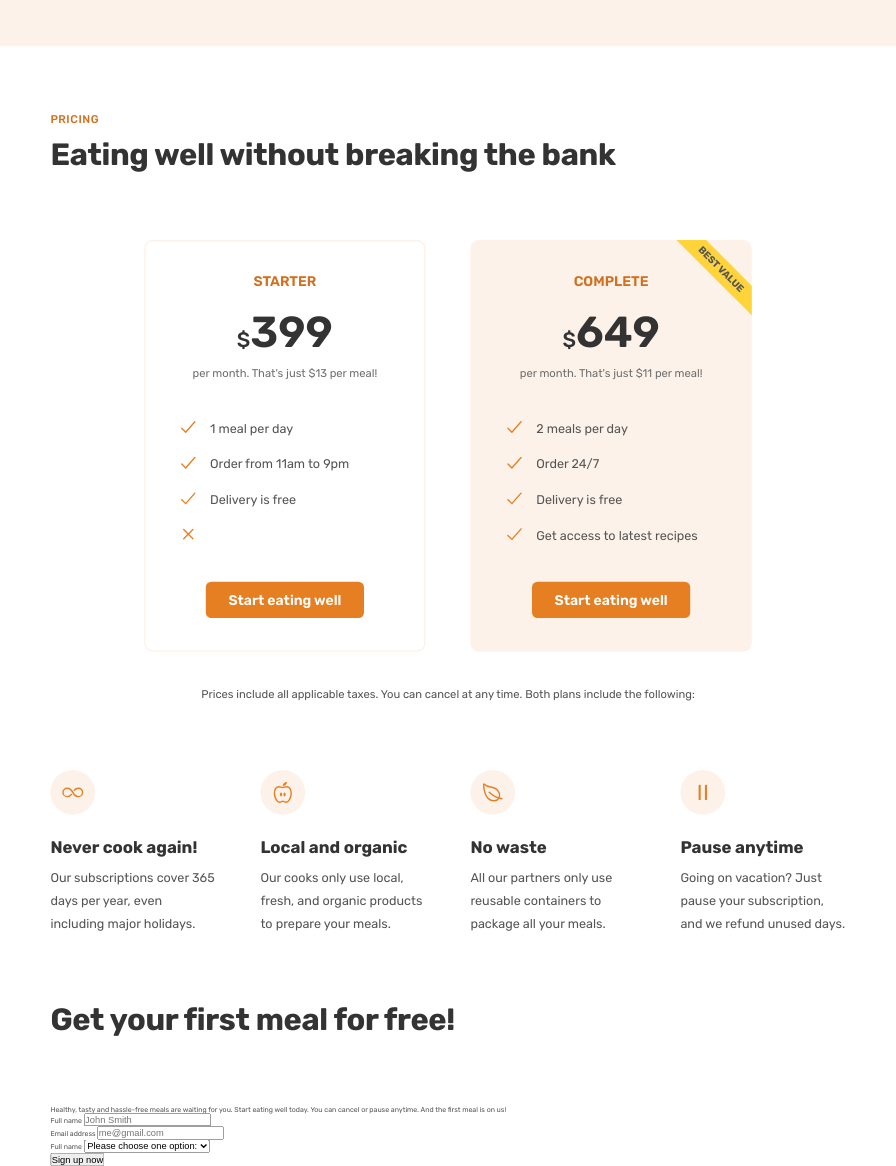
Repository: TranPhucThinh/Omnifood
Page: index.html
An editor plug-in stored every save of this project. The page is shown before and after the next save, followed by the edit.
The browser window is 1280 px wide. The pictures show the part of the page from y = 4580 to 6500 px (the page is 6246 px tall before and 7248 px after), at 70% of full size.

Above is the page before, as saved 2022-08-06 23:58:32.

After the next save:
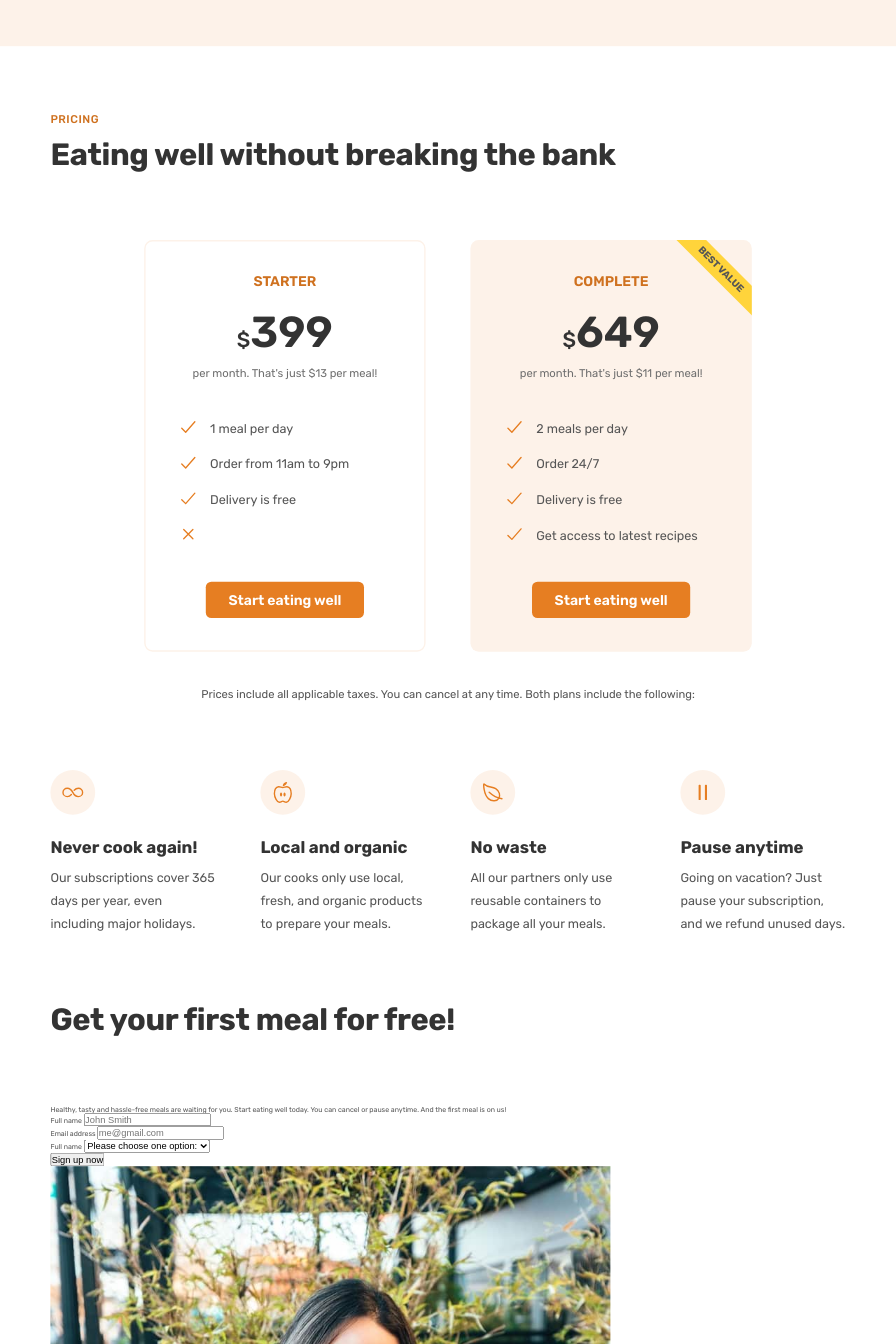
Saved 112 s later.
--- a/index.html
+++ b/index.html
@@ -459,7 +459,9 @@
                 </div>
                 </form>
             </div>
-            <div class="cta-img-box"></div>
+            <div class="cta-img-box">
+                <img src="./assets/imgs/eating.jpg" alt="The woman is eating" class="cta-img">
+            </div>
         </div>
         </div>
     </section>
